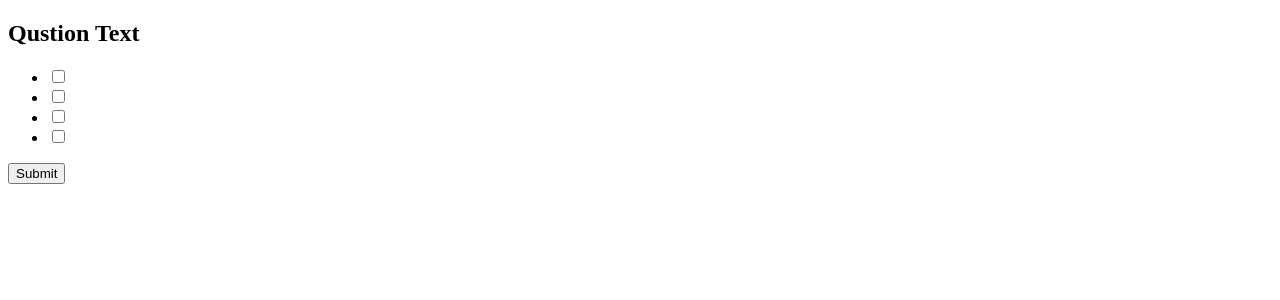
Repository: Abhi2359/Intermediate-projects
Page: Quiz App/index.html
The author's editor kept a copy of each file at every save. The page is drawn from the files as they stood at one save, then again after the next save.
The browser window is 1280 px wide. The pictures show the whole page.

Above is the page before, as saved 2023-01-31 12:58:30.

### Quiz App/index.html
<!DOCTYPE html>
<html lang="en">
  <head>
    <meta charset="UTF-8" />
    <meta http-equiv="X-UA-Compatible" content="IE=edge" />
    <meta name="viewport" content="width=device-width, initial-scale=1.0" />
    <title>Quiz App</title>
  </head>
  <body>
    <div class="quiz-container">
        <h2>Qustion Text</h2>
        <ul>
            <li><input type="checkbox"><label for=""></label></li>
            <li><input type="checkbox"><label for=""></label></li>
            <li><input type="checkbox"><label for=""></label></li>
            <li><input type="checkbox"><label for=""></label></li>
        </ul>
        <button>Submit</button>
    </div>
  </body>
</html>

After the next save:
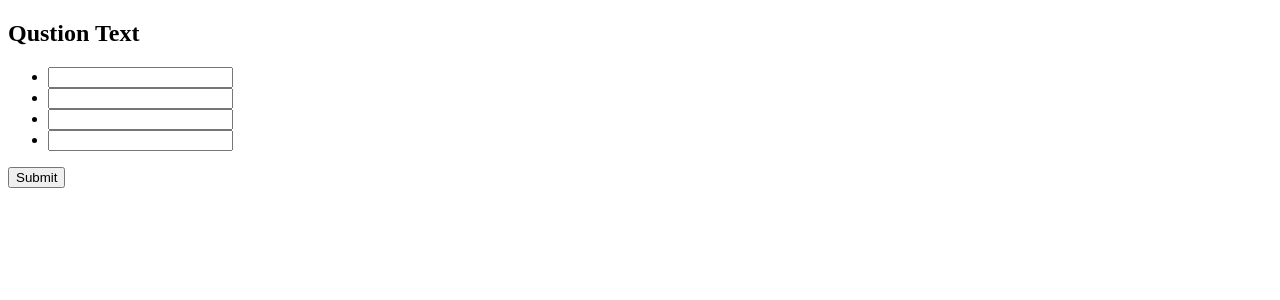
Saved 6 min 57 s later.
--- a/Quiz App/index.html
+++ b/Quiz App/index.html
@@ -10,10 +10,10 @@
     <div class="quiz-container">
         <h2>Qustion Text</h2>
         <ul>
-            <li><input type="checkbox"><label for=""></label></li>
-            <li><input type="checkbox"><label for=""></label></li>
-            <li><input type="checkbox"><label for=""></label></li>
-            <li><input type="checkbox"><label for=""></label></li>
+            <li><input type="check"><label for=""></label></li>
+            <li><input type="check"><label for=""></label></li>
+            <li><input type="check"><label for=""></label></li>
+            <li><input type="check"><label for=""></label></li>
         </ul>
         <button>Submit</button>
     </div>
